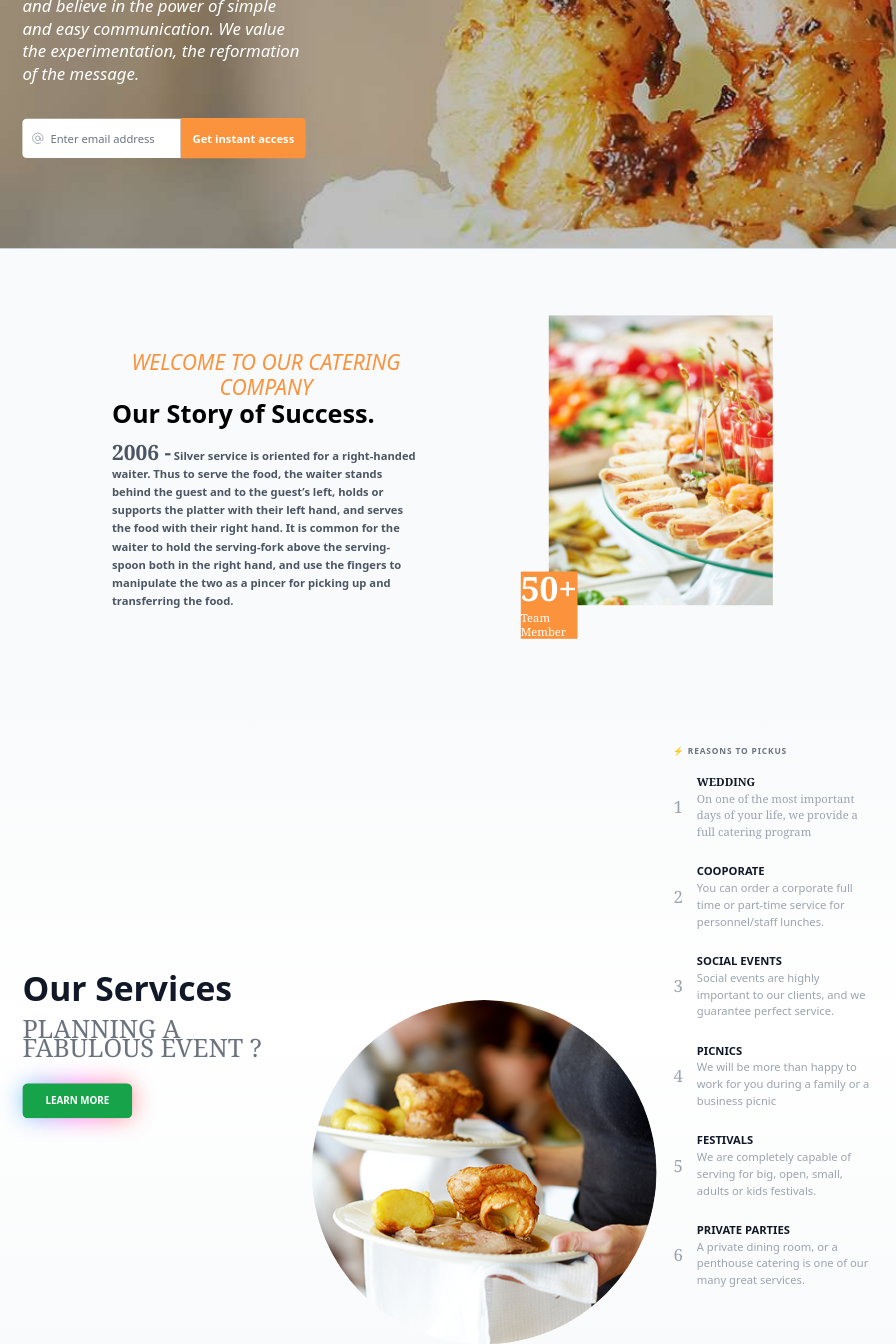
Repository: remydev47/Catering
Page: /
These files come from the project's save history. The page is drawn as it stood at one moment and after the next save; the edit follows.
The browser window is 1280 px wide. The pictures show the part of the page from y = 2182 to 4102 px (the page is 4102 px tall), at 70% of full size.
The project was rebuilt for these pictures with package versions that can differ from the ones it lists, and the page was loaded fresh each time. The framework's server and built-in components were replaced by stand-ins that run in the browser. Also part of the build but not shown: next.config.js.

Above is the page before, as saved 2022-12-09 14:08:12.

### pages/_app.tsx
import '../styles/globals.css'
import type { AppProps } from 'next/app'
import Navbar from '../components/Navbar'

export default function App({ Component, pageProps }: AppProps) {
  return (
   <>
     <Navbar />
     <Component {...pageProps} />
   </>
  )
}

### pages/index.tsx
import Head from 'next/head'
import CTA from '../components/CTA'
import Hero from '../components/Hero'
import Menu from '../components/Menu'
import Aboutus from '../components/Aboutus'
import Services from '../components/Services'

export default function Home() {
  return (
    <div className=''>
      <Head>
        <title>Nellys</title>
        <meta name="description" content="Generated by create next app" />
        <link rel="icon" href="/favicon.ico" />
      </Head>
       <Hero />
       <Menu />
       <CTA />
       <Aboutus />
       <Services />
    </div>
  )
}

### components/Navbar.tsx
import React from 'react'
import { navLinks } from '../constants'
import Menupopover from './Menupopover';
import Logo from './Logo';
import { Button } from './Button';

const Navbar = () => {
  return (
    <header className="fixed inset-x-0 bg-[#fff] z-20 flex justify-between items-center py-2 px-2 shadow-lg dark:bg-slate-900 sm:py-3 sm:px-8">
            <div className='flex grow-0 basis-1/3 md:hidden'>
                <Menupopover />
            </div>

             <div className='flex grow-0 ml-2 justify-center md:justify-start'>
                <Logo />

            </div>


            <ul className="list-none sm:flex hidden justify-end items-center flex-1">
            {navLinks.map((nav, index) => (
                <li
                key={nav.id}
                className={`font-bold cursor-pointer text-[16px] hover:text-orange-400
                   ${index === navLinks.length - 1 ? 'mr-0' : 'mr-10'}
                  text-gray-500 font-serif `}
                >
                    <a>{nav.title}</a>
                </li>
            ))}
           </ul>



        </header>
  )
}

export default Navbar

### components/CTA.tsx
import React from 'react'

const CTA = () => {
  return (
    <section className="mt-4 relative py-10 overflow-hidden bg-blue-400 sm:py-16 lg:py-24 xl:py-32">
      <div className="absolute inset-0">
        <img className="object-cover w-full h-full md:object-left md:scale-150 md:origin-top-left" src="/images/cta.jpg" alt="" />
     </div>
    <div className="relative px-4 mx-auto sm:px-6 lg:px-8 max-w-7xl">
       <div className="text-center md:w-2/3 lg:w-1/2 xl:w-1/3 md:text-left">
           <h2 className="text-3xl font-bold leading-tight text-white font-serif sm:text-4xl lg:text-5xl">BOOK A FREE TASTING SESSION <br/> or DISCUSS A PROJECT</h2>
           <p className="mt-4 text-2xl italic text-white">
             We understand the importance of approaching each work integrally and believe in the power of simple and easy communication. We value the experimentation, the reformation of the message.
           </p>

           <form action="#" method="POST" className="mt-8 lg:mt-12">
               <div className="flex flex-col items-center sm:flex-row sm:justify-center">
                   <div className="flex-1 w-full min-w-0 px-4 sm:px-0">
                       <div className="relative text-gray-400 focus-within:text-gray-600">
                           <label htmlFor="email" className="sr-only"></label>
                           <label htmlFor="email" className="sr-only"></label>
                           <div className="absolute inset-y-0 left-0 flex items-center pl-3 pointer-events-none">
                               <svg className="w-5 h-5" xmlns="http://www.w3.org/2000/svg" fill="none" viewBox="0 0 24 24" stroke="currentColor">
                                   <path stroke-linecap="round" stroke-linejoin="round" stroke-width="1.5" d="M16 12a4 4 0 10-8 0 4 4 0 008 0zm0 0v1.5a2.5 2.5 0 005 0V12a9 9 0 10-9 9m4.5-1.206a8.959 8.959 0 01-4.5 1.207" />
                               </svg>
                           </div>
                           <input
                               type="email"
                               name="email"
                               id="email"
                               placeholder="Enter email address"
                               className="block w-full py-4 pl-10 pr-4 text-base text-black placeholder-gray-500 transition-all duration-200 border-gray-200 rounded-md sm:rounded-r-none caret-orange-400 focus:border-orange-400 focus:ring-1 focus:ring-blue-600"
                               required
                           />

                       </div>
                   </div>

                   <button type="submit" className="inline-flex items-center justify-center flex-shrink-0 w-auto px-4 py-4 mt-4 font-semibold text-white transition-all duration-200 bg-orange-400 border border-transparent rounded-md sm:mt-0 sm:rounded-l-none sm:w-auto hover:bg-blue-700 focus:bg-blue-700">
                       Get instant access
                   </button>
               </div>
           </form>
       </div>
    </div>
    </section>
  )
}

export default CTA

### components/Hero.tsx
import React from 'react'

const Hero = () => {
  return (
    <section className='relative pt-48 pb-12 xl:pt-60 sm:pb-16 lg:pb-32 xl:pb-48 2xl:pb-56'>
    <div className="absolute inset-0">
     <img className="object-cover w-full h-full" src="/images/hero.jpg" alt="" />
    </div>
   <div className='relative'>
    <div className="px-6 mx-auto sm:px-8 lg:px-12 max-w-7xl">
      <div className="w-full lg:w-2/3 xl:w-1/2">
        <h1 className="font-serif text-xl font-bold tracking-tight text-white text-opacity-70 text-center">Proffesional Catering Services</h1>
        <p className="mt-6 tracking-tighter text-[#000]">
          <span className="font-sans font-bold text-5xl">The Perfect Blend</span><br />
          <span className="font-serif italic font-BOLD text-6xl">of Sensational Food</span>
        </p>
        <p className="mt-8 font-serif text-xl font-normal text-[#000]">
         Our professional and experienced Catering staff does the job right the first time are Carefully selected Give them a deep.
        </p>
      </div>
    </div>
   </div>
  </section>
  )
}

export default Hero

### components/Menu.tsx
import React from 'react'

const Menu = () => {

  return (
    <section className='py-10 bg-white sm:py-16 lg:py-24'>

      <div  className="px-4 mx-auto max-w-7xl sm:px-6 lg:px-8">
        <div className="max-w-2xl mx-auto text-center">
          <h1 className="text-4xl font-serif font-semibold leading-tight text-gray-400">
            WELCOME TO THE <br/> BEST CATERING SERVICES
          </h1>
        </div>
        <div className="relative mt-12 lg:mt-20">

          <div className="relative grid grid-cols-1 text-center gap-y-12 md:grid-cols-3 gap-x-12">
            <div>
              <div className="flex items-center justify-center w-60 h-60 mx-auto rounded-full border-2 border-gray-200 ">
                <span className="text-xl font-semibold text-gray-700">
                    <img src='/images/menu1.jpg' className='h-full w-full rounded-full' />
                </span>
             </div>
             <h3 className="mt-6 text-2xl italic leading-tight text-gray-500 md:mt-10">Canapes</h3>
            </div>


            <div>
              <div className="flex items-center justify-center w-60 h-60 mx-auto rounded-full border-2 border-gray-200">
                <span className="text-xl font-semibold text-gray-700">
                    <img src='/images/menu2.jpg' className='h-full w-full rounded-full' />
                </span>
             </div>
             <h3 className="mt-6 text-2xl italic leading-tight text-gray-500 md:mt-10">CockTails</h3>
            </div>

            <div>
              <div className="flex items-center justify-center w-60 h-60 mx-auto rounded-full border-2 border-gray-200 ">
                <span className="text-xl font-semibold text-gray-700">
                    <img src='/images/menu3.jpg' className='h-full w-full rounded-full' />
                </span>
             </div>
             <h3 className="mt-6 text-2xl italic leading-tight text-gray-500 md:mt-10">Sweets & CapCakes</h3>
            </div>

            <div>
              <div className="flex items-center justify-center w-60 h-60 mx-auto rounded-full border-2 border-gray-200 ">
                <span className="text-xl font-semibold text-gray-700">
                    <img src='/images/menu4.jpg' className='h-full w-full rounded-full' />
                </span>
             </div>
             <h3 className="mt-6 text-2xl italic leading-tight text-gray-500 md:mt-10">Drinks</h3>
            </div>
          </div>

        </div>

      </div>

    </section>
  )
}

export default Menu

### components/Aboutus.tsx
import React from 'react'

const Aboutus = () => {
  return (
    <section className="py-6 bg-gray-50 sm:py-16 lg:py-24">
    <div className="max-w-5xl px-4 mx-auto sm:px-6 lg:px-8">
        <div className="grid items-center grid-cols-1 gap-y-6 md:grid-cols-2 md:gap-x-20">
            <div className="">
                <h1 className='text-3xl italic text-orange-400 text-center'>WELCOME TO OUR CATERING COMPANY</h1>
                <h2 className="text-4xl font-bold leading-tight text-black sm:text-4xl lg:text-4xl">Our Story of Success.</h2>
                <p className="mt-4 text-base leading-relaxed text-gray-600 font-semibold">
                <span className='text-3xl font-serif'>2006 -</span> Silver service is oriented for a right-handed waiter. Thus to serve the food, the waiter stands behind the guest and to the guest’s left, holds or supports the platter with their left hand, and serves the food with their right hand. It is common for the waiter to hold the serving-fork above the serving-spoon both in the right hand, and use the fingers to manipulate the two as a pincer for picking up and transferring the food.
                </p>
            </div>

            <div className=" pl-20 pr-6 sm:pl-6 md:px-0">
                <div className="relative w-full max-w-xs mt-4 mb-10 ml-auto">
                 <img className="relative -top-4 -left-4" src="/images/service-3.jpg" alt="" />



                    <div className="absolute -bottom-10 -left-16 m-2 bg-orange-400">
                        <span className="block text-4xl font-bold text-white font-serif lg:text-5xl"> 50+ </span>
                        <span className="block mt-2 text-base leading-tight text-white font-serif"> Team<br />Member</span>
                    </div>
                </div>
            </div>
        </div>
    </div>
</section>
  )
}

export default Aboutus

### components/Services.tsx
import React from 'react'

const Services = () => {
  return (
    <section className="pt-12 bg-gradient-to-b from-gray-50 via-white to-gray-50">
    <div className="px-4 mx-auto sm:px-6 lg:px-8 max-w-7xl">
        <div className="grid max-w-md grid-cols-1 mx-auto lg:grid-cols-12 gap-x-6 gap-y-8 lg:max-w-none">
            <div className="self-center lg:col-span-4">
                <h1 className="text-base font-bold text-gray-900 sm:text-4xl xl:text-5xl">Our Services</h1>
                <p className="mt-5 text-4xl font-serif leading-7  text-gray-500 ">PLANNING A <br/> FABULOUS EVENT ?</p>
                <div className="relative inline-flex mt-9 group">
                    <div className="absolute transitiona-all duration-1000 opacity-70 inset-0 bg-gradient-to-r from-[#44BCFF] via-[#FF44EC] to-[#FF675E] rounded-xl blur-lg filter group-hover:opacity-100 group-hover:duration-200"></div>

                    <a
                        href="#"
                        title=""
                        className="relative inline-flex items-center justify-center px-8 py-3 sm:text-sm sm:py-3.5 text-base font-semibold text-white transition-all duration-200 bg-green-600 border border-transparent rounded-lg hover:bg-indigo-700 focus:outline-none focus:ring-2 focus:ring-offset-2 focus:ring-indigo-600"
                        role="button"
                    >
                       LEARN MORE
                    </a>
                </div>
            </div>

            <div className="self-end lg:order-last lg:pb-20 lg:col-span-3">
                <p className="text-xs font-bold tracking-widest text-gray-500 uppercase">⚡️ Reasons to Pickus</p>

                <div className="mt-6 space-y-6 lg:space-y-8">
                    <div className="relative overflow-hidden">
                        <div className="flex items-start lg:items-center">
                             <h2 className='font-serif text-2xl text-gray-400'>1</h2>
                            <p className="ml-5 text-base font-bold font-serif leading-6 text-gray-900">
                                <a href="#" title="">
                                 WEDDING
                                </a>
                                <br/>
                                <span className="text-gray-400 font-normal" >
                                 On one of the most important days of your life, we provide a full catering program
                                 </span>
                            </p>
                        </div>
                    </div>

                    <div className="relative overflow-hidden">
                        <div className="flex items-start lg:items-center">
                        <h2 className='font-serif text-2xl text-gray-400'>2</h2>
                            <p className="ml-5 text-base font-bold leading-6 text-gray-900">
                                <a href="#" title="">
                                  COOPORATE
                                </a>
                                <br/>
                                <span className="text-gray-400 font-normal">
                                 You can order a corporate full time or part-time service for personnel/staff lunches.
                                </span>
                            </p>
                        </div>
                    </div>

                    <div className="relative overflow-hidden">
                        <div className="flex items-start lg:items-center">
                        <h2 className='font-serif text-2xl text-gray-400'>3</h2>
                            <p className="ml-5 text-base font-bold leading-6 text-gray-900">
                                <a href="#" title="">
                                  SOCIAL EVENTS
                                </a>
                                <br/>
                                <span className="text-gray-400 font-normal">
                                 Social events are highly important to our clients, and we guarantee perfect service.
                                </span>
                            </p>
                        </div>
                    </div>

                    <div className="relative overflow-hidden">
                        <div className="flex items-start lg:items-center">
                        <h2 className='font-serif text-2xl text-gray-400'>4</h2>
                            <p className="ml-5 text-base font-bold leading-6 text-gray-900">
                                <a href="#" title="">
                                  PICNICS
                                </a>
                                <br/>
                                <span className="text-gray-400 font-normal">
                                We will be more than happy to work for you during a family or a business picnic
                                </span>
                            </p>
                        </div>
                    </div>

                    <div className="relative overflow-hidden">
                        <div className="flex items-start lg:items-center">
                        <h2 className='font-serif text-2xl text-gray-400'>5</h2>
                            <p className="ml-5 text-base font-bold leading-6 text-gray-900">
                                <a href="#" title="">
                                  FESTIVALS
                                </a>
                                <br/>
                                <span className="text-gray-400 font-normal">
                                 We are completely capable of serving for big, open, small, adults or kids festivals.
                                </span>
                            </p>
                        </div>
                    </div>

                    <div className="relative overflow-hidden">
                        <div className="flex items-start lg:items-center">
                        <h2 className='font-serif text-2xl text-gray-400'>6</h2>
                            <p className="ml-5 text-base font-bold leading-6 text-gray-900">
                                <a href="#" title="">
                                  PRIVATE PARTIES
                                </a>
                                <br/>
                                <span className="text-gray-400 font-normal">
                                 A private dining room, or a penthouse catering is one of our many great services.
                                </span>
                            </p>
                        </div>
                    </div>


                </div>
            </div>

            <div className="self-end lg:col-span-5">
                <img className="w-full mx-auto rounded-full border-gray-300" src="/images/services.png" alt="" />
            </div>
        </div>
    </div>
</section>
  )
}

export default Services

### constants/index.ts
export const navLinks =[
    {
        id:"aboutus",
        title:"About Us",
    },
    {
        id:"store",
        title:"Store",
    },
    {
        id:"gallery",
        title:"Gallery",
    },
    {
        id:"appointments",
        title:"Appointment",
    },
    {
        id:"blog",
        title:"Blog",
    },
    {
        id:"contacts",
        title:"Contacts",
    }
]

### components/Menupopover.tsx
import React, { useState, Fragment } from 'react'
import { Transition, Dialog } from '@headlessui/react'
import { navLinks } from '../constants'
import Logo from './Logo'
import { IconButton } from './Button'

const Menupopover = () => {
  const [isOpen, setIsOpen] = useState(false)

  return (
    <div>
    <IconButton
      variant='ghost'
      aria-label='menu'
      onClick={() => setIsOpen(!isOpen)}
    >
      <svg className='h-6 w-6 ' fill='none' stroke='currentColor'>
        <path
          strokeLinecap='round'
          strokeLinejoin='round'
          strokeWidth={2}
          d='M4 6h16M4 12h16M4 18h16'
        />
      </svg>
    </IconButton>
    <Transition
      show={isOpen}
      appear
      as={Fragment}
      enter='transform transition ease-in-out duration-300'
      enterFrom='-translate-x-full'
      enterTo='translate-x-0'
      leave='transform transition ease-in-out duration-300 delay-200'
      leaveFrom='translate-x-0'
      leaveTo='-translate-x-full'
     >
     <Dialog
       as='div'
       className={`fixed inset-0 z-50`}
       onClose={setIsOpen}
       open={isOpen}
       >
       <Transition.Child
         as={Fragment}
         enter='ease-out duration-300 delay-300'
         enterFrom='opacity-0'
         enterTo='opacity-100'
         leave='ease-in duration-200'
         leaveFrom='opacity-100'
         leaveTo='opacity-0'
       >

        <Dialog.Overlay
          className={`fixed inset-0 bg-black/20 backdrop-blur-sm dark:bg-gray-900/80`}
         />
      </Transition.Child>
       <div className={styles.dialogcontainer}>
        <a className='mx-auto mt-4 flex w-[140px] '>
          <Logo />
        </a>
        <ul
            className={styles.navWrapper2}
         >
            {navLinks.map((nav, index) => (
                <li
                 key={nav.id}
                 className={` font-bold cursor-pointer text-[16px]
                  mt-2 border-t border-slate-200 py-4 dark:border-slate-600
                  ${index === navLinks.length - 1 ? 'mr-0' : 'mb-4'}
                  text-black font-serif `}
                >
                 <a href={`#${nav.id}`}>
                    {nav.title}
                 </a>
                </li>
             ))}
         </ul>

        <IconButton
          variant='ghost'
          aria-label='close menu'
          className='absolute top-5 right-5'
          onClick={() => setIsOpen(false)}
        >
          <svg
            viewBox='0 0 10 10'
            className='h-2.5 w-2.5 overflow-visible'
            aria-hidden='true'
          >
            <path
                d='M0 0L10 10M10 0L0 10'
                fill='none'
                stroke='currentColor'
                strokeWidth='2'
                strokeLinecap='round'
              />
          </svg>
        </IconButton>
       </div>
     </Dialog>
    </Transition>
  </div>
  )
}

export default Menupopover;

const styles ={
  dialogcontainer:`fixed top-0 bottom-0 left-0 w-full max-w-xs rounded-r-xl bg-[#fff] p-6 shadow-lg dark:bg-gray-800`,
  menuitems:`group relative flex h-9 items-center oveflow-hidden rounded-md hover:bg-slate-200/50`,
  navWrapper2:`list-none flex flex-col justify-end items-center flex-1`,
}

### components/Logo.tsx
import React from 'react'
import Image from 'next/image'

const Logo = () => {
  return (
    <div>
        <Image
          src='/images/logo.png'
          alt='royal-events'
          height={80}
          width={150}
        />
    </div>
  )
}

export default Logo

Loaded but not shown: styles/globals.css (common file); tailwind.config.js (common file); components/Button.tsx (181 lines, source omitted)

After the next save:
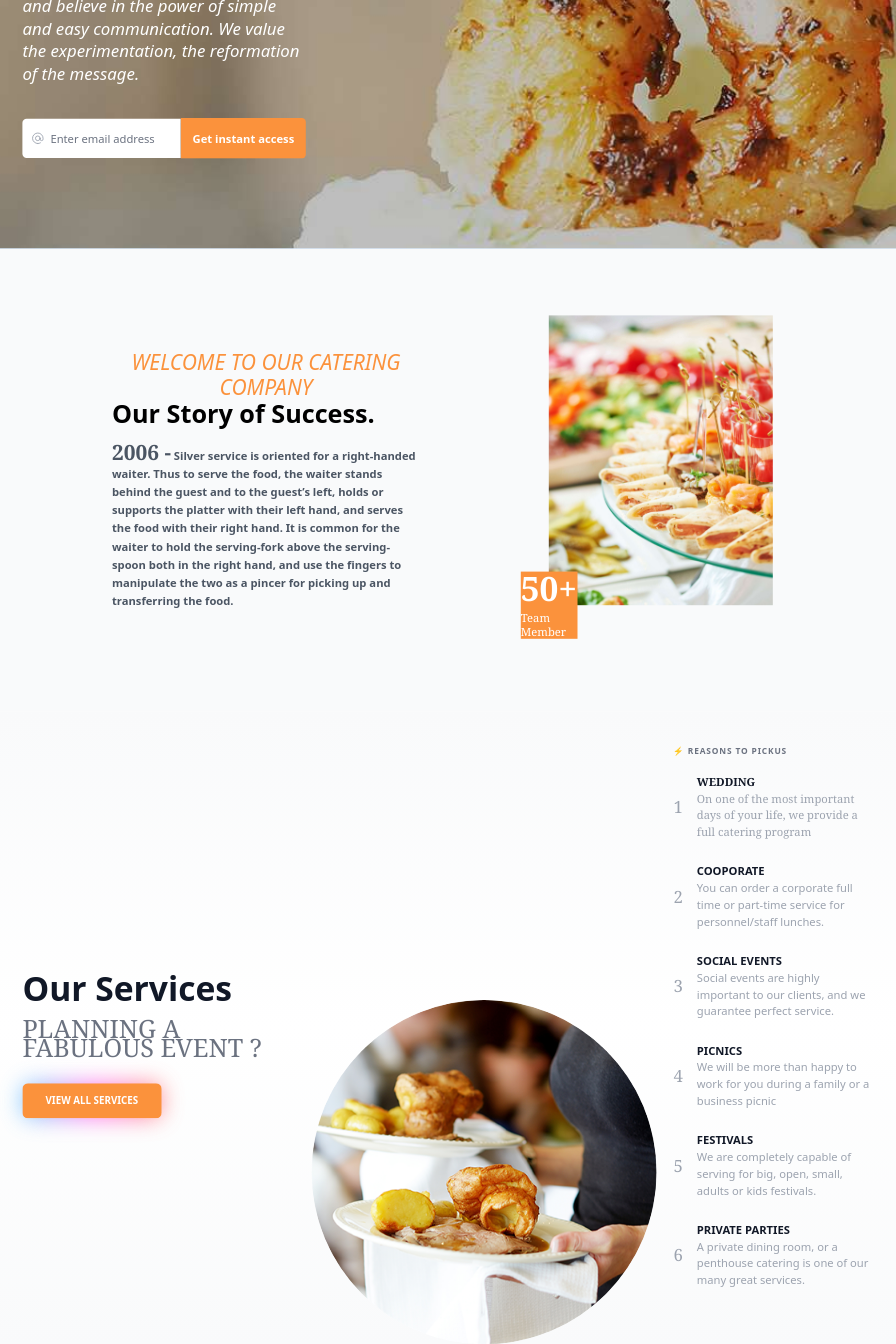
Saved 62 s later.
--- a/components/Services.tsx
+++ b/components/Services.tsx
@@ -14,10 +14,10 @@ const Services = () => {
                     <a
                         href="#"
                         title=""
-                        className="relative inline-flex items-center justify-center px-8 py-3 sm:text-sm sm:py-3.5 text-base font-semibold text-white transition-all duration-200 bg-green-600 border border-transparent rounded-lg hover:bg-indigo-700 focus:outline-none focus:ring-2 focus:ring-offset-2 focus:ring-indigo-600"
+                        className="relative inline-flex items-center justify-center px-8 py-3 sm:text-sm sm:py-3.5 text-base font-semibold text-white transition-all duration-200 bg-orange-400 border border-transparent rounded-lg hover:bg-indigo-700 focus:outline-none focus:ring-2 focus:ring-offset-2 focus:ring-indigo-600"
                         role="button"
                     >
-                       LEARN MORE
+                       VIEW ALL SERVICES
                     </a>
                 </div>
             </div>
